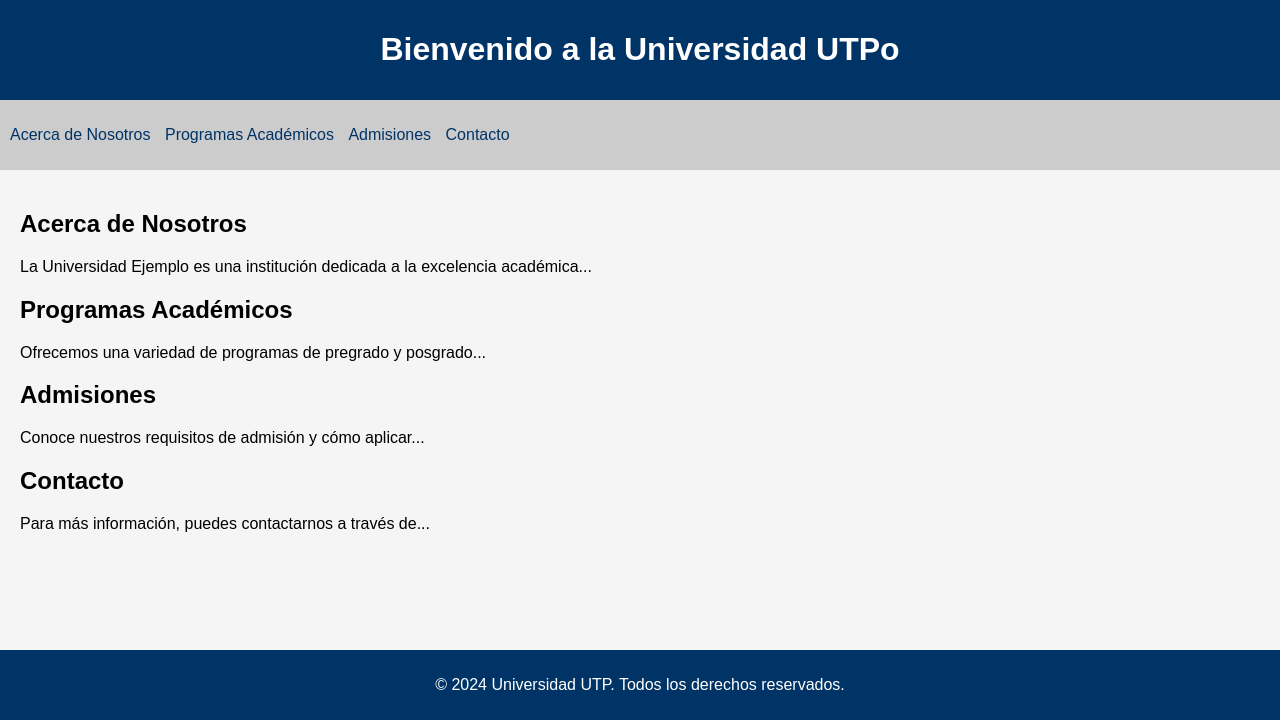
Repository: JhostinP/Desarrollo-Web-Integrado
Page: http://localhost/ProyectoJakartaServlet1/home
The author's editor kept a copy of each file at every save. The page is drawn from the files as they stood at one save, then again after the next save.
The browser window is 1280 px wide. The pictures show the whole page.
The page is served by Tomcat 10.

Above is the page before, as saved 2024-07-14 20:34:42.

### TrabajoFinalWeb/ProyectoJakartaServlet1/src/main/webapp/WEB-INF/views/home.jsp
<!DOCTYPE html>
<html lang="en">
<head>
    <meta charset="UTF-8">
    <meta name="viewport" content="width=device-width, initial-scale=1.0">
    <title>UTP</title>
    <link rel="stylesheet" href="css/styles.css">
</head>
<body>
    <header>
        <h1>Bienvenido a la Universidad UTPo</h1>
    </header>
    <nav>
        <ul>
            <li><a href="#about">Acerca de Nosotros</a></li>
            <li><a href="#programs">Programas Académicos</a></li>
            <li><a href="#admissions">Admisiones</a></li>
            <li><a href="#contact">Contacto</a></li>
        </ul>
    </nav>
    <main>
        <section id="about">
            <h2>Acerca de Nosotros</h2>
            <p>La Universidad Ejemplo es una institución dedicada a la excelencia académica...</p>
        </section>
        <section id="programs">
            <h2>Programas Académicos</h2>
            <p>Ofrecemos una variedad de programas de pregrado y posgrado...</p>
        </section>
        <section id="admissions">
            <h2>Admisiones</h2>
            <p>Conoce nuestros requisitos de admisión y cómo aplicar...</p>
        </section>
        <section id="contact">
            <h2>Contacto</h2>
            <p>Para más información, puedes contactarnos a través de...</p>
        </section>
    </main>
    <footer>
        <p>&copy; 2024 Universidad UTP. Todos los derechos reservados.</p>
    </footer>
</body>
</html>

### TrabajoFinalWeb/ProyectoJakartaServlet1/src/main/java/com/university/HomeServlet.java
package com.university;

import jakarta.servlet.ServletException;
import jakarta.servlet.annotation.WebServlet;
import jakarta.servlet.http.HttpServlet;
import jakarta.servlet.http.HttpServletRequest;
import jakarta.servlet.http.HttpServletResponse;
import java.io.IOException;


@WebServlet("/home")
public class HomeServlet extends HttpServlet {
    private static final long serialVersionUID = 1L;

    protected void doGet(HttpServletRequest request, HttpServletResponse response) throws ServletException, IOException {
        request.getRequestDispatcher("/WEB-INF/views/home.jsp").forward(request, response);
    }
}

### TrabajoFinalWeb/ProyectoJakartaServlet1/src/main/webapp/css/styles.css
body {
    font-family: Arial, sans-serif;
    margin: 0;
    padding: 0;
    background-color: #f5f5f5;
}

header {
    background-color: #003366;
    color: white;
    padding: 10px 0;
    text-align: center;
}

nav {
    background-color: #cccccc;
    padding: 10px;
}

nav ul {
    list-style-type: none;
    padding: 0;
}

nav ul li {
    display: inline;
    margin-right: 10px;
}

nav ul li a {
    text-decoration: none;
    color: #003366;
}

main {
    padding: 20px;
}

footer {
    background-color: #003366;
    color: white;
    text-align: center;
    padding: 10px 0;
    position: fixed;
    width: 100%;
    bottom: 0;
}

After the next save:
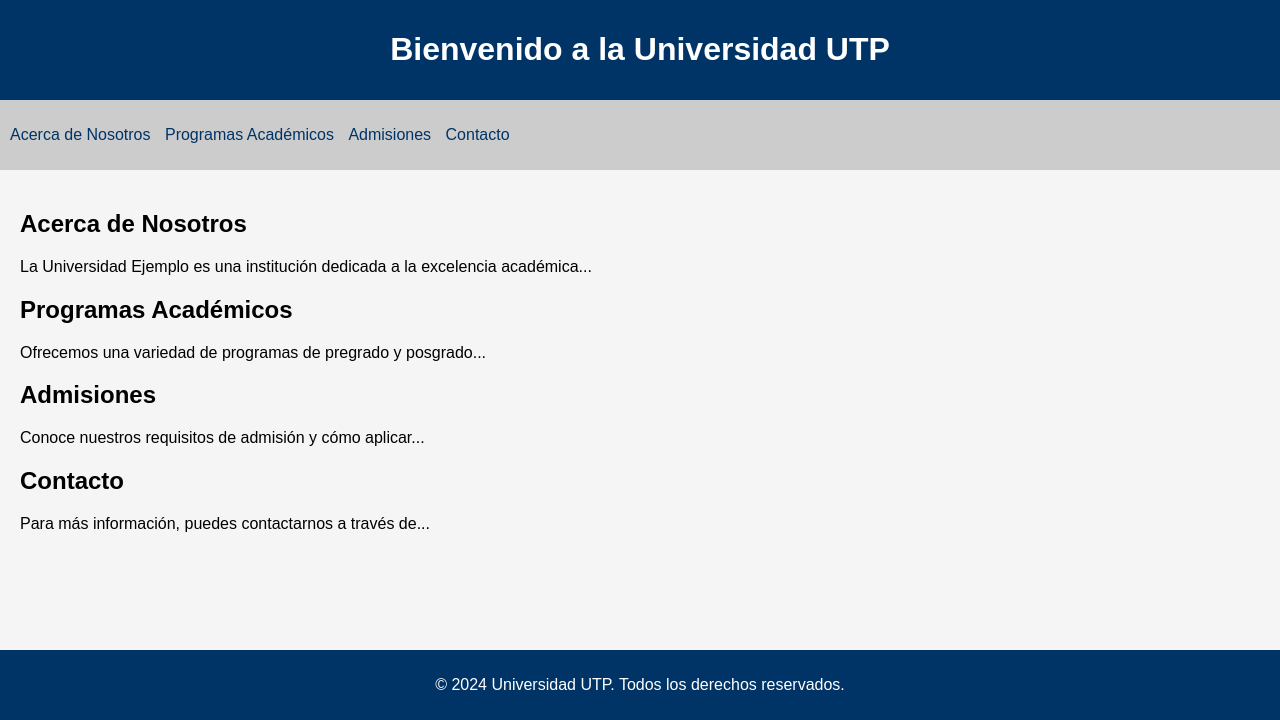
Saved 22 s later.
--- a/TrabajoFinalWeb/ProyectoJakartaServlet1/src/main/webapp/WEB-INF/views/home.jsp
+++ b/TrabajoFinalWeb/ProyectoJakartaServlet1/src/main/webapp/WEB-INF/views/home.jsp
@@ -8,7 +8,7 @@
 </head>
 <body>
     <header>
-        <h1>Bienvenido a la Universidad UTPo</h1>
+        <h1>Bienvenido a la Universidad UTP</h1>
     </header>
     <nav>
         <ul>
